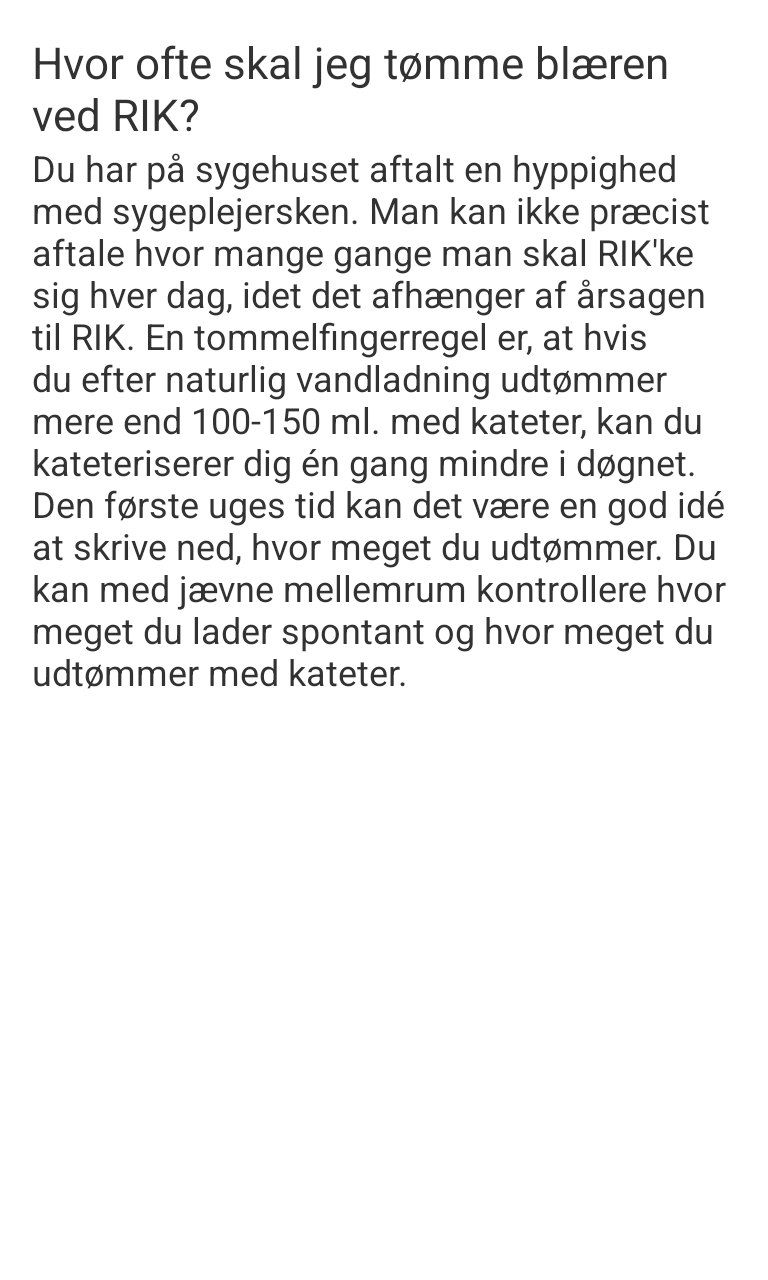
Repository: KingApollo/RIKapp2
Layout: RIKapp/res/layout/activity_information.xml
An editor plug-in stored every save of this project. The layout is shown before and after the next save, followed by the edit.
It is drawn on a 768 x 1280 px phone screen (xhdpi) without system bars, with theme android:Theme.Light.NoTitleBar; the app's code is not run.

Above is the layout before, as saved 2014-10-08 11:07:09.

### RIKapp/res/layout/activity_information.xml
<RelativeLayout xmlns:android="http://schemas.android.com/apk/res/android"
    xmlns:tools="http://schemas.android.com/tools"

    android:layout_width="match_parent"
    android:layout_height="match_parent"
    android:paddingBottom="@dimen/activity_vertical_margin"
    android:paddingLeft="@dimen/activity_horizontal_margin"
    android:paddingRight="@dimen/activity_horizontal_margin"
    android:paddingTop="@dimen/activity_vertical_margin"
    tools:context="dk.ucn.datamatiker.rikapp.Information" >



    <!-- Clickable title -->
<TextView   android:id="@+id/help_title_gest"
            android:text="@string/howOftenQuestion"
            android:textSize="22sp"
            android:clickable="true"
            android:onClick="toggle_contents"
            android:layout_width="wrap_content"
            android:layout_height="wrap_content"/>

<!--content to hide/show -->

<TextView
    android:id="@+id/txt_help_gest"
    android:textSize="18sp"
    android:layout_width="wrap_content"
    android:layout_height="wrap_content"
    android:layout_alignLeft="@+id/help_title_gest"
    android:layout_below="@+id/help_title_gest"
    android:text="@string/howOftenAnswer" />

</RelativeLayout>

### RIKapp/res/values/strings.xml
<?xml version="1.0" encoding="utf-8"?>
<resources>

    <string name="app_name">RIKapp</string>
    <string name="hello_world">Hello world!</string>
    <string name="action_settings">Settings</string>
    <string name="title_activity_hyg">Hyg</string>
    <string name="hygiejne_btn">Hygiejne</string>
    <string name="maaling_btn">Måling</string>
    <string name="title_activity_maalinger">Maalinger</string>
    <string name="skema_btn">Skema</string>
    <string name="title_activity_skema">Skema</string>
    <string name="title_activity_information">Information</string>
    <string name="howOftenAnswer">"Du har på sygehuset aftalt en hyppighed med sygeplejersken. Man kan ikke præcist aftale hvor mange gange man skal RIK'ke sig hver dag, idet det afhænger af årsagen til RIK. En tommelfingerregel er, at hvis du efter naturlig vandladning udtømmer mere end 100-150 ml. med kateter, kan du kateteriserer dig én gang mindre i døgnet. Den første uges tid kan det være en god idé at skrive ned, hvor meget du udtømmer. Du kan med jævne mellemrum kontrollere hvor meget du lader spontant og hvor meget du udtømmer med kateter."</string>
    <string name="howOftenQuestion">Hvor ofte skal jeg tømme blæren ved RIK?</string>

</resources>

Loaded but not shown: RIKapp/res/values/dimens.xml (common file); RIKapp/res/values-w820dp/dimens.xml (common file)

After the next save:
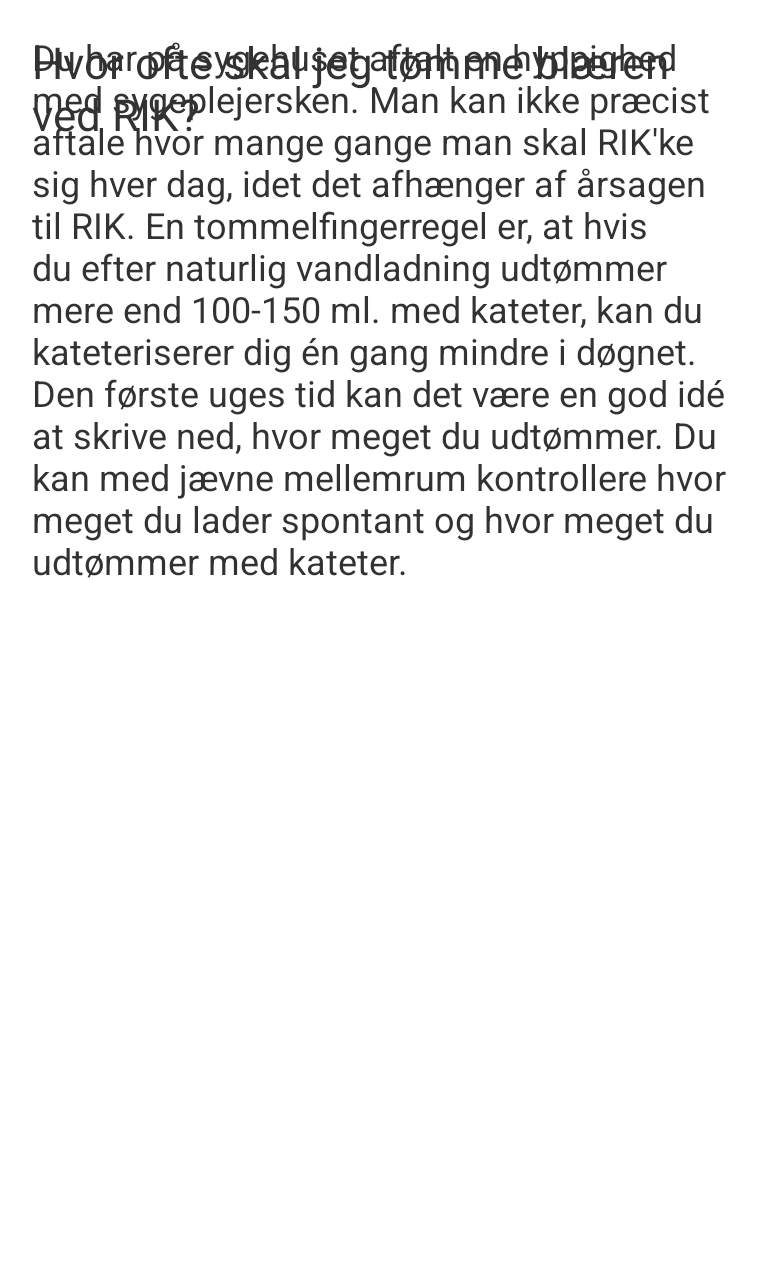
Saved 106 s later.
--- a/RIKapp/res/layout/activity_information.xml
+++ b/RIKapp/res/layout/activity_information.xml
@@ -12,7 +12,7 @@
 
 
     <!-- Clickable title -->
-<TextView   android:id="@+id/help_title_gest"
+<TextView   android:id="@+id/tvHowOftenQuestion"
             android:text="@string/howOftenQuestion"
             android:textSize="22sp"
             android:clickable="true"

After the 2 saves that followed:
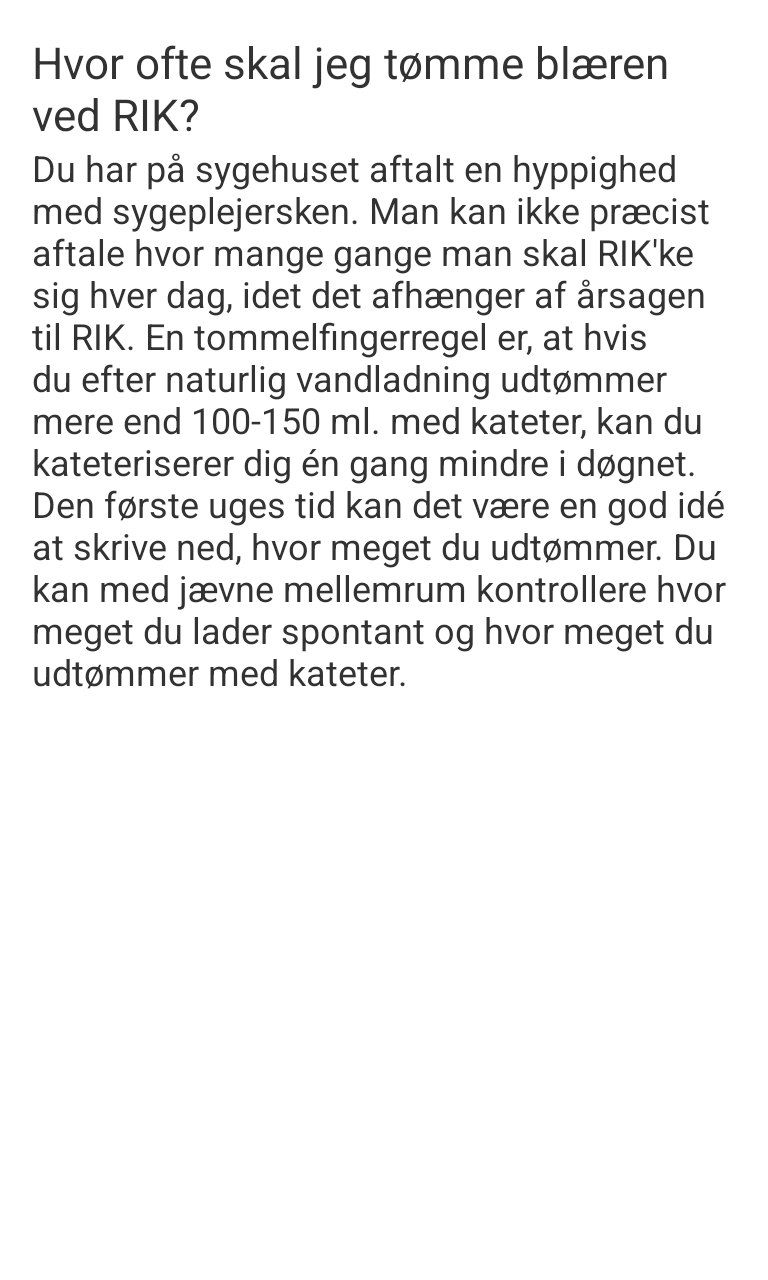
The 2 saves are shown as one change because 1 left the picture as it was.
The last was saved 2 min 3 s later.
--- a/RIKapp/res/layout/activity_information.xml
+++ b/RIKapp/res/layout/activity_information.xml
@@ -23,12 +23,12 @@
 <!--content to hide/show -->
 
 <TextView
-    android:id="@+id/txt_help_gest"
-    android:textSize="18sp"
+    android:id="@+id/tvHowOftenAnswer"
     android:layout_width="wrap_content"
     android:layout_height="wrap_content"
-    android:layout_alignLeft="@+id/help_title_gest"
-    android:layout_below="@+id/help_title_gest"
-    android:text="@string/howOftenAnswer" />
+    android:layout_alignLeft="@+id/tvHowOftenQuestion"
+    android:layout_below="@+id/tvHowOftenQuestion"
+    android:text="@string/howOftenAnswer"
+    android:textSize="18sp" />
 
 </RelativeLayout>
